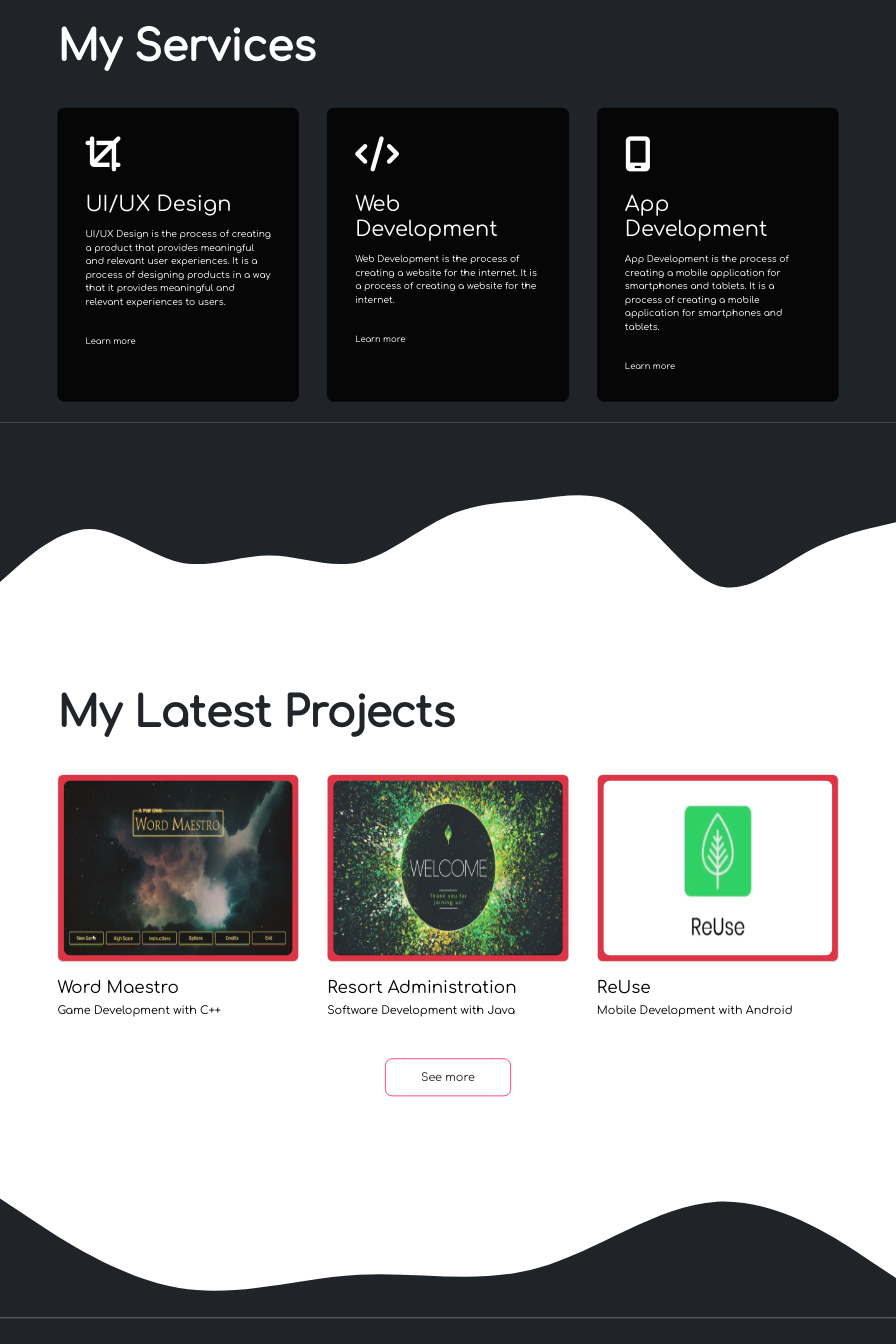
Repository: MMALI3287/Resume
Page: index.html
An editor plug-in stored every save of this project. The page is shown before and after the next save, followed by the edit.
The browser window is 1280 px wide. The pictures show the part of the page from y = 4580 to 6500 px (the page is 7121 px tall before and 7160 px after), at 70% of full size.
Some web libraries are served in a nearby version.

Above is the page before, as saved 2023-07-16 02:30:55.

### index.html
<!DOCTYPE html>
<html lang="en">
  <head>
    <meta charset="UTF-8" />
    <meta name="viewport" content="width=device-width, initial-scale=1.0" />
    <link rel="stylesheet" href="css/bootstrap.css" />
    <link rel="stylesheet" href="css/style.css" />
    <title>Musaddique Ali - Web Development, Programmer </title>
  <link rel="stylesheet" href="css/style.css" />
  <script src="https://kit.fontawesome.com/03ffe29f8b.js" crossorigin="anonymous"></script>
  <!-- Google tag (gtag.js) -->
<script async src="https://www.googletagmanager.com/gtag/js?id=G-VLNF64TM34"></script>
<script>
  window.dataLayer = window.dataLayer || [];
  function gtag(){dataLayer.push(arguments);}
  gtag('js', new Date());

  gtag('config', 'G-VLNF64TM34');
</script>
  </head>
  <body>
    <div id="header">
      <nav class="navbar navbar-expand-lg position-fixed top-0 w-100">
        <div class="container-fluid">
          <a class="navbar-brand logo text-light" href="#">MrMMALI</a>
          <button
            class="navbar-toggler"
            type="button"
            data-bs-toggle="collapse"
            data-bs-target="#navbarNav"
            aria-controls="navbarNav"
            aria-expanded="false"
            aria-label="Toggle navigation"
          >
            <span class="navbar-toggler-icon"></span>
          </button>
          <div class="collapse navbar-collapse" id="navbarNav">
            <ul class="navbar-nav">
              <li class="nav-item">
                <a
                  class="nav-link active text-light"
                  aria-current="page"
                  href="#"
                  >Home</a
                >
              </li>
              <li class="nav-item">
                <a class="nav-link text-light" href="#portfolio">Portfolio</a>
              </li>
              <li class="nav-item">
                <a class="nav-link text-light" href="#expertise">Expertise</a>
              </li>
              <li class="nav-item">
                <a class="nav-link text-light" href="#about">About</a>
              </li>
              <li class="nav-item">
                <a class="nav-link text-light" href="#serv">Services</a>
              </li>
              <li class="nav-item">
                <a class="nav-link text-light" href="#projects">Projects</a>
              </li>
            </ul>
          </div>
        </div>
        <div class="git rounded-0" >
          <a class="cont" href="#contact">
            Get in touch
          </a>
        </div>
      </nav>
      <div class="land">
        <div class="header-text">
          <p class="mb-0">MUSADDIQUE ALI</p>
        </div>
        <div class="subheader">
          <p>Software Developer</p>
        </div>
        <div class="sub">
          <p>
            Hello, my name is MD Musaddique Ali Erfan, Nice to meet you <br />
            I would like to welcome you to my personal portfolio.
          </p>
        </div>
      </div>
    </div>
    <div class="abt">
    <svg xmlns="http://www.w3.org/2000/svg" viewBox="0 100 1440 320">
      <path
        fill="#202429"
        fill-opacity="1"
        d="M0,192L48,197.3C96,203,192,213,288,234.7C384,256,480,288,576,256C672,224,768,128,864,122.7C960,117,1056,203,1152,218.7C1248,235,1344,181,1392,154.7L1440,128L1440,0L1392,0C1344,0,1248,0,1152,0C1056,0,960,0,864,0C768,0,672,0,576,0C480,0,384,0,288,0C192,0,96,0,48,0L0,0Z"
      ></path>
    </svg>
    <div class="container" id="portfolio">
      <div class="row">
        <div class="col-md-3">
          <p class="biog">Biography</p>
          <p class="subtext">
            I am Musaddique, A software developer <br />
            From Bangladesh
          </p>
          <p>Contact</p>
          <p class="subtext">
            Rampura,Dhaka <br />erfanali3287@gmail.com <br />+8801793515517
          </p>
          <p>Services</p>
          <p class="subtext bot">
            Website Design <br />Mobile application Development <br />Game
            Development
          </p>
        </div>
        <div class="col-md-6 capbord">
          <div id="capsule"></div>
        </div>
        <div class="col-md-3">
          <p class="biog text-end">Years of Experience</p>
          <p class="subtext2 text-end">2 years</p>
          <p class="text-end">Satisfaction Client</p>
          <p class="subtext2 text-end">100%</p>
          <p class="text-end">Volunteer Works</p>
          <p class="subtext2 text-end">5+</p>
          <p class="text-end">Projects</p>
          <p class="subtext2 text-end">10+</p>
        </div>
      </div>
    </div>
    <svg xmlns="http://www.w3.org/2000/svg" viewBox="0 0 1440 320"><path fill="#202429" fill-opacity="1" d="M0,256L24,229.3C48,203,96,149,144,144C192,139,240,181,288,197.3C336,213,384,203,432,218.7C480,235,528,277,576,272C624,267,672,213,720,202.7C768,192,816,224,864,202.7C912,181,960,107,1008,112C1056,117,1104,203,1152,208C1200,213,1248,139,1296,122.7C1344,107,1392,149,1416,170.7L1440,192L1440,320L1416,320C1392,320,1344,320,1296,320C1248,320,1200,320,1152,320C1104,320,1056,320,1008,320C960,320,912,320,864,320C816,320,768,320,720,320C672,320,624,320,576,320C528,320,480,320,432,320C384,320,336,320,288,320C240,320,192,320,144,320C96,320,48,320,24,320L0,320Z"></path></svg>

    <div class="advantage bg-dark text-center" id="expertise">
      <div class="container">
        <div class="row">
          <p class="mexp">My Expertise</p>
        </div>
        <div class="row">
          <div class="col-md-2">
            <img
              src="assets/images/c-.png"
              height="100px"
              width="100px"
              alt="c++"
            />
            <br />
            <p class="text-light h1 mb-5 mt-5 fw-bold">91%</p>
            <p class="text-light h5 p-5">C++</p>
          </div>
          <div class="col-md-2">
            <img
              src="assets/images/android-icon.svg"
              height="100px"
              width="100px"
              alt="c++"
            /><br />
            <p class="text-light h1 mb-5 mt-5 fw-bold">84%</p>
            <p class="text-light h5 p-5">Android</p>
          </div>
          <div class="col-md-2">
            <img
              src="assets/images/flutterio-icon.svg"
              height="100px"
              width="100px"
              alt="c++"
            /><br />
            <p class="text-light h1 mb-5 mt-5 fw-bold">78%</p>
            <p class="text-light h5 p-5">Flutter</p>
          </div>
          <div class="col-md-2">
            <img
              src="assets/images/unity.png"
              height="100px"
              width="100px"
              alt="c++"
            /><br />
            <p class="text-light h1 mb-5 mt-5 fw-bold">76%</p>
            <p class="text-light h5 p-5">Unity</p>
          </div>
          <div class="col-md-2">
            <img
              src="assets/images/ADBE.svg"
              height="100px"
              width="100px"
              alt="c++"
            /><br />
            <p class="text-light h1 mb-5 mt-5 fw-bold">83%</p>
            <p class="text-light h5 p-5">Adobe</p>
          </div>
          <div class="col-md-2">
            <img
              src="https://upload.wikimedia.org/wikipedia/commons/0/0e/Microsoft_365_%282022%29.svg"
              height="100px"
              width="100px"
              alt="c++"
            /><br />
            <p class="text-light h1 mb-5 mt-5 fw-bold">94%</p>
            <p class="text-light h5 p-5">Office</p>
          </div>
        </div>
      </div>
    </div>
  </div>

    <svg xmlns="http://www.w3.org/2000/svg" viewBox="0 0 1440 320"><path fill="#202429" fill-opacity="1" d="M0,160L48,181.3C96,203,192,245,288,250.7C384,256,480,224,576,197.3C672,171,768,149,864,165.3C960,181,1056,235,1152,250.7C1248,267,1344,245,1392,234.7L1440,224L1440,0L1392,0C1344,0,1248,0,1152,0C1056,0,960,0,864,0C768,0,672,0,576,0C480,0,384,0,288,0C192,0,96,0,48,0L0,0Z"></path></svg>

    <!-- * about -->
  <div id="about">
    <div class="container">
      <div class="rowc">
        <div class="about-col-1">
          <img src="assets/images/capsule.jpg" alt="user" />
        </div>
        <div class="about-col-2">
          <h2 class="sub-title text-dark">About Me</h2>
          <p class="h5 fw-500">
            I am a software developer. I have been working as a software developer for 6 months. I have
            experience in web development, app development, and UI/UX design. I am a hardworking and
            dedicated person. I am always ready to learn new things.
          </p>
          <div class="tab-titles">
            <p class="tab-links active-link" onclick="opentab('skills')">Skills</p>
            <p class="tab-links" onclick="opentab('experience')"">Experience</p>
              <p class=" tab-links" onclick="opentab('education')"">Education</p>
            </div>
            <div class=" tab-contents active-tab" id="skills">
            <ul>
              <li><span>UI/UX</span><br />Designing Web/App Interface</li>
              <li><span>Web Development</span><br />Web app Development</li>
              <li>
                <span>App Development</span><br />Building Android/iOS apps
              </li>
            </ul>
          </div>
          <div class="tab-contents" id="experience">
            <ul>
              <li>
                <span>2022 - Current</span><br />Software Developer Intern at
                TETON Pvt ltd
              </li>
            </ul>
          </div>
          <div class="tab-contents" id="education">
            <ul>
              <li>
                <span>Current</span><br />BSc. from Ahsanullah University of
                Science and Technology
              </li>
              <li>
                <span>2020</span> <br />
                HSC from Saint Joseph Higher Secondary School and College
              </li>
              <li>
                <span>2018</span><br />SSC from Ideal School and College
              </li>
            </ul>
          </div>
        </div>
      </div>
    </div>
  </div>
  <svg xmlns="http://www.w3.org/2000/svg" id="serv" viewBox="0 0 1440 320"><path fill="#202429" fill-opacity="1" d="M0,224L24,202.7C48,181,96,139,144,138.7C192,139,240,181,288,197.3C336,213,384,203,432,218.7C480,235,528,277,576,282.7C624,288,672,256,720,224C768,192,816,160,864,160C912,160,960,192,1008,181.3C1056,171,1104,117,1152,122.7C1200,128,1248,192,1296,197.3C1344,203,1392,149,1416,122.7L1440,96L1440,320L1416,320C1392,320,1344,320,1296,320C1248,320,1200,320,1152,320C1104,320,1056,320,1008,320C960,320,912,320,864,320C816,320,768,320,720,320C672,320,624,320,576,320C528,320,480,320,432,320C384,320,336,320,288,320C240,320,192,320,144,320C96,320,48,320,24,320L0,320Z"></path></svg>


  <!-- * services -->
  <div id="services">
    <div class="container">
      <h2 class="sub-title">My Services</h2>
      <div class="services-list">
        <div>
          <i class="fa-solid fa-crop"></i>
          <h2>UI/UX Design</h2>
          <p>
            UI/UX Design is the process of creating a product that provides meaningful and relevant user experiences. It is a process of designing products in a way that it provides meaningful and relevant experiences to users.
          </p>
          <a href="#">Learn more</a>
        </div>
        <div>
          <i class="fa-solid fa-code"></i>
          <h2>Web Development</h2>
          <p>
            Web Development is the process of creating a website for the internet. It is a process of creating a website for the internet.
          </p>
          <a href="#">Learn more</a>
        </div>
        <div>
          <i class="fa-solid fa-mobile-screen"></i>
          <h2>App Development</h2>
          <p>
            App Development is the process of creating a mobile application for smartphones and tablets. It is a process of creating a mobile application for smartphones and tablets.
          </p>
          <a href="#">Learn more</a>
        </div>
      </div>
    </div>
  </div>
<svg xmlns="http://www.w3.org/2000/svg" id="projects" viewBox="0 0 1440 320"><path fill="#202429" fill-opacity="1" d="M0,256L24,234.7C48,213,96,171,144,170.7C192,171,240,213,288,224C336,235,384,213,432,213.3C480,213,528,235,576,224C624,213,672,171,720,149.3C768,128,816,128,864,122.7C912,117,960,107,1008,138.7C1056,171,1104,245,1152,261.3C1200,277,1248,235,1296,208C1344,181,1392,171,1416,165.3L1440,160L1440,0L1416,0C1392,0,1344,0,1296,0C1248,0,1200,0,1152,0C1104,0,1056,0,1008,0C960,0,912,0,864,0C816,0,768,0,720,0C672,0,624,0,576,0C528,0,480,0,432,0C384,0,336,0,288,0C240,0,192,0,144,0C96,0,48,0,24,0L0,0Z"></path></svg>

  <!-- -------------------portfolio------------------- -->
  <div id="portfolio">
    <div class="container">
      <h2 class="sub-title text-dark">My Latest Projects</h2>
      <div class="work-list">
        <div class="work">
          <div class="p-2 rounded-3 border bg-danger"><img src="assets/images/wordmaestro.jpg" height="250px" alt="UX"></div>
          <div class="layer">
            <p class="text-light h1">
              Word Maestro
            </p>
            <p class="text-light h5 mt-3">
              A puzzle game made with C++ for all ages
            </p>
            <a href="https://github.com/MMALI3287/Word-Maestro"><i class="fa-sharp fa-solid fa-up-right-from-square"></i></a>
          </div>
          <p class="h4 mt-4">Word Maestro</p>
          <p class="h6">Game Development with C++</p>
        </div>
        <div class="work">
          <div class="p-2 rounded-3 border bg-danger"><img src="assets/images/resortadmin.jpg"  height="250px"  alt="Web"></div>
          <div class="layer">
            <p class="text-light h1">
              Resort Administration
            </p>
            <p class="text-light h5 mt-3">
              A database application made with MySQL and Java in NetBeans to manage a resort
            </p>
            <a href="https://github.com/MMALI3287/Resort-Administration"><i class="fa-sharp fa-solid fa-up-right-from-square"></i></a>
          </div>
          <p class="h4 mt-4">Resort Administration</p>
          <p class="h6">Software Development with Java</p>
        </div>
        <div class="work">
          <div class="p-2 rounded-3 border bg-danger"> <img src="assets/images/reuse.png"  height="250px"  alt="App"></div>
          <div class="layer">
            <p class="text-light h1">
              ReUse
            </p>
            <p class="text-light h5 mt-3">
              An android application to donate unwanted items to the needy
            </p>
            <a href="https://github.com/MMALI3287/ReUse"><i class="fa-sharp fa-solid fa-up-right-from-square"></i></a>
          </div>
          <p class="h4 mt-4">ReUse</p>
          <p class="h6">Mobile Development with Android</p>
        </div>
      </div>
      <a href="https://github.com/MMALI3287?tab=repositories" class="btnc text-dark">See more</a>
    </div>
  </div>
  <svg xmlns="http://www.w3.org/2000/svg" viewBox="0 20 1440 300"><path fill="#202429" fill-opacity="1" d="M0,128L48,160C96,192,192,256,288,272C384,288,480,256,576,250.7C672,245,768,267,864,240C960,213,1056,139,1152,133.3C1248,128,1344,192,1392,224L1440,256L1440,320L1392,320C1344,320,1248,320,1152,320C1056,320,960,320,864,320C768,320,672,320,576,320C480,320,384,320,288,320C192,320,96,320,48,320L0,320Z"></path></svg>
  <!-- -------------------contact------------------- -->
  <div id="contact">
    <div class="container">
      <div class="row">
        <div class="contact-left">
          <h2 class="sub-title">
            Contact Me
          </h2>
          <p class="text-light"><i class="fa-solid fa-envelope"></i> erfanali3287@gmail.com</p>
          <p class="text-light"><i class="fa-solid fa-phone"></i> +880 1793 515 517</p>
          <p class="text-light"><i class="fa-solid fa-location-dot"></i> Dhaka, Bangladesh</p>
          <div class="social-icons">
            <a href="https://www.facebook.com/musaddique.mmali/"><i class="fa-brands fa-facebook"></i></a>
            <a href="https://twitter.com/MusaddiqueMMALI/"><i class="fa-brands fa-twitter"></i></a>
            <a href="https://www.instagram.com/mdmusaddiquealierfan/"><i class="fa-brands fa-instagram"></i></a>
            <a href="https://www.linkedin.com/in/musaddique-ali/"><i class="fa-brands fa-linkedin"></i></a>
            <a href="https://github.com/MMALI3287/"><i class="fa-brands fa-github"></i></a>
          </div>
          <a href="images/resume.pdf" download class="btnc btn2">Download Resume</a>
        </div>
        <div class="contact-right">
          <form name="submit-to-google-sheet">
            <input type="text" name="Name" placeholder="Your Name" required>
            <input type="email" name="E-Mail" placeholder="Your Email" required>
            <textarea name="Message" rows="6" placeholder="Your Message"></textarea>
            <button type="submit" class="btnc btn2">Send</button>
          </form>
          <span id="msg"></span>
        </div>
      </div>
    </div>
      <div class="copyright">
        <p>Copyright © Musaddique Ali. Thank you for visiting <i class="fas fa-heart"></i></p>
      </div>
    </div>

    <script src="js/bootstrap.js"></script>
    <script src="js/index.js"></script>
  </body>
</html>

Loaded but not shown: css/bootstrap.css (library); js/bootstrap.js (library); js/index.js (35 lines, source omitted); css/style.css (582 lines, source omitted)

After the next save:
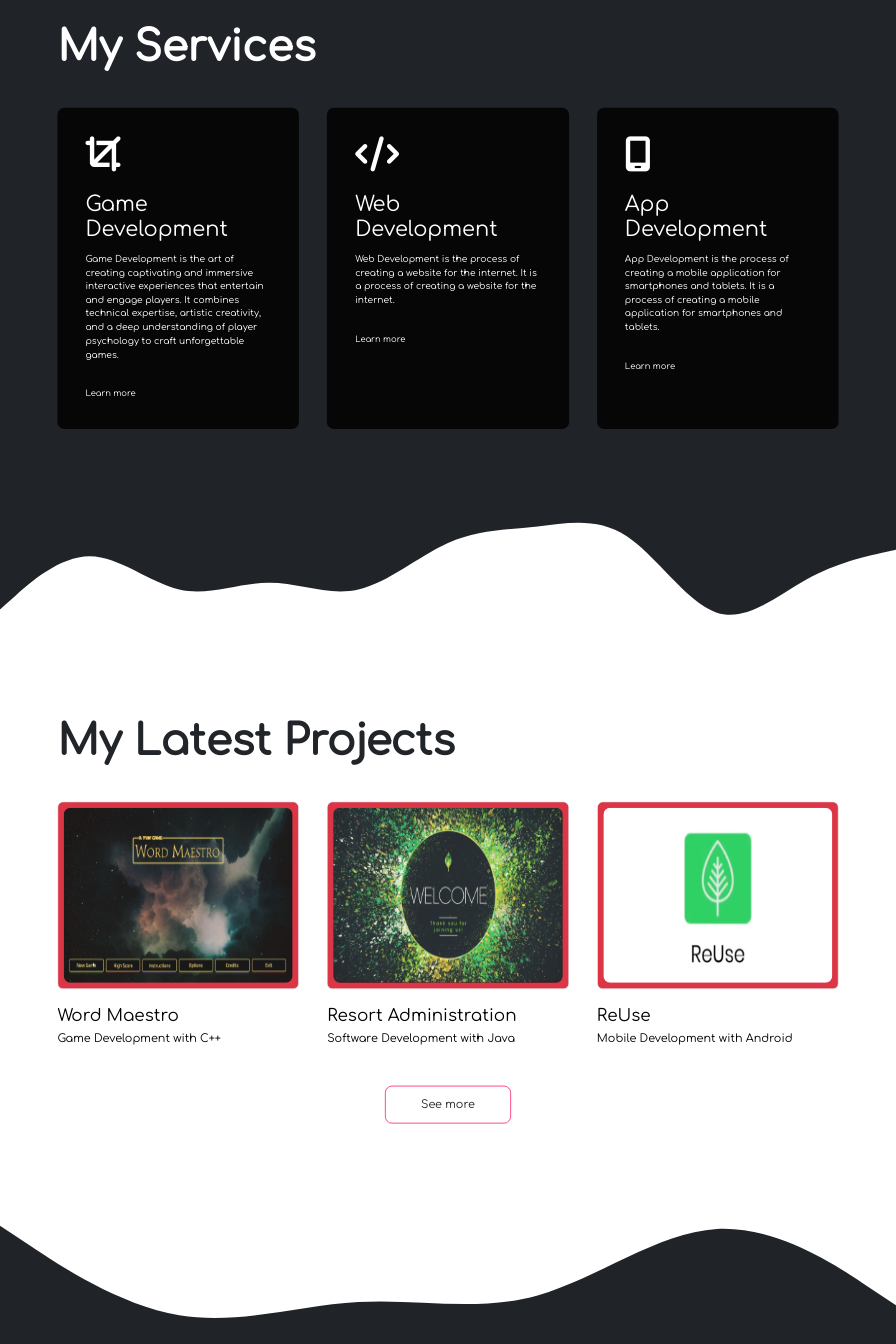
Saved 4 min 19 s later.
--- a/index.html
+++ b/index.html
@@ -265,9 +265,9 @@
       <div class="services-list">
         <div>
           <i class="fa-solid fa-crop"></i>
-          <h2>UI/UX Design</h2>
+          <h2>Game Development</h2>
           <p>
-            UI/UX Design is the process of creating a product that provides meaningful and relevant user experiences. It is a process of designing products in a way that it provides meaningful and relevant experiences to users.
+            Game Development is the art of creating captivating and immersive interactive experiences that entertain and engage players. It combines technical expertise, artistic creativity, and a deep understanding of player psychology to craft unforgettable games.
           </p>
           <a href="#">Learn more</a>
         </div>

After the save that followed:
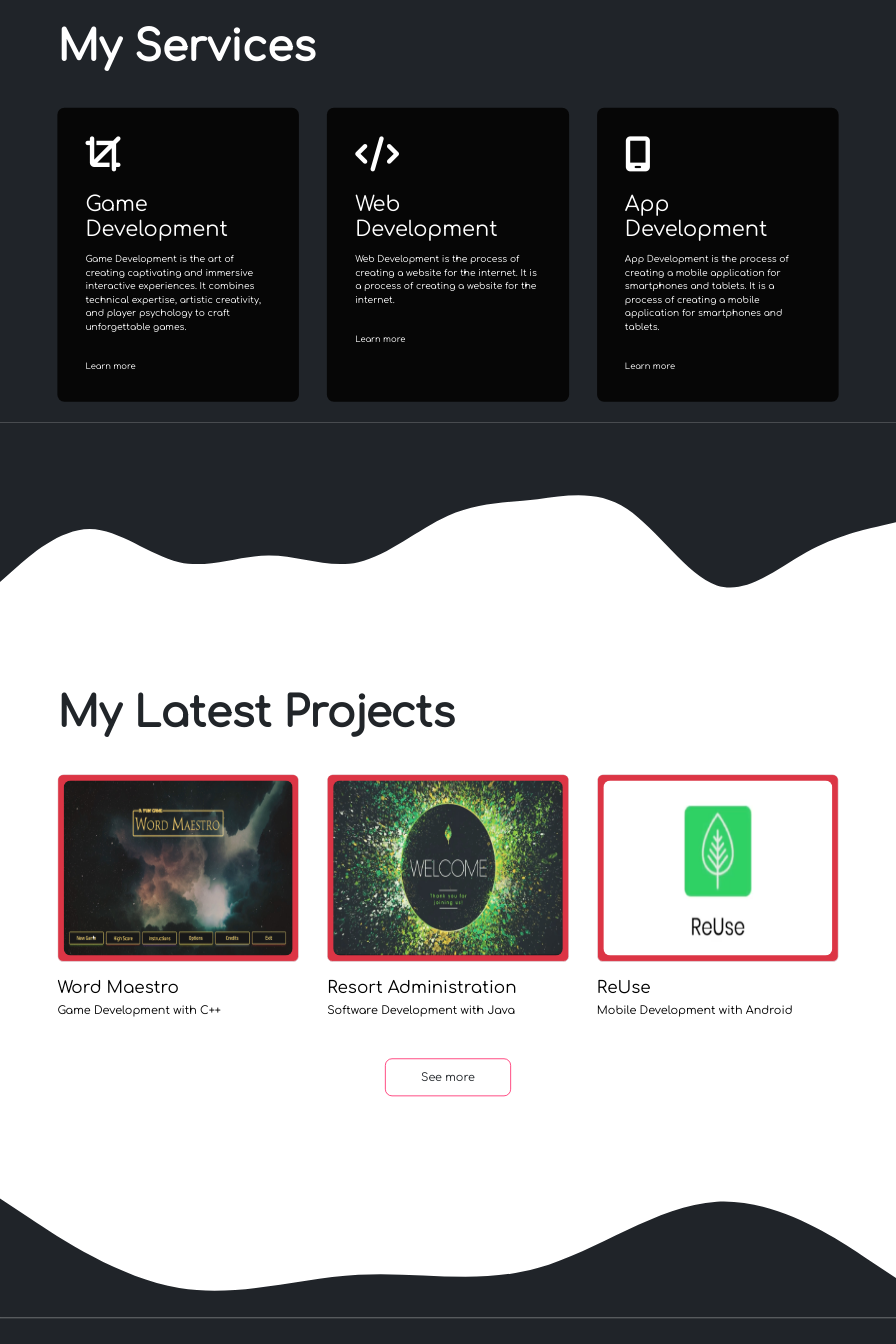
Saved 49 s later.
--- a/index.html
+++ b/index.html
@@ -267,7 +267,7 @@
           <i class="fa-solid fa-crop"></i>
           <h2>Game Development</h2>
           <p>
-            Game Development is the art of creating captivating and immersive interactive experiences that entertain and engage players. It combines technical expertise, artistic creativity, and a deep understanding of player psychology to craft unforgettable games.
+            Game Development is the art of creating captivating and immersive interactive experiences. It combines technical expertise, artistic creativity, and player psychology to craft unforgettable games.
           </p>
           <a href="#">Learn more</a>
         </div>
